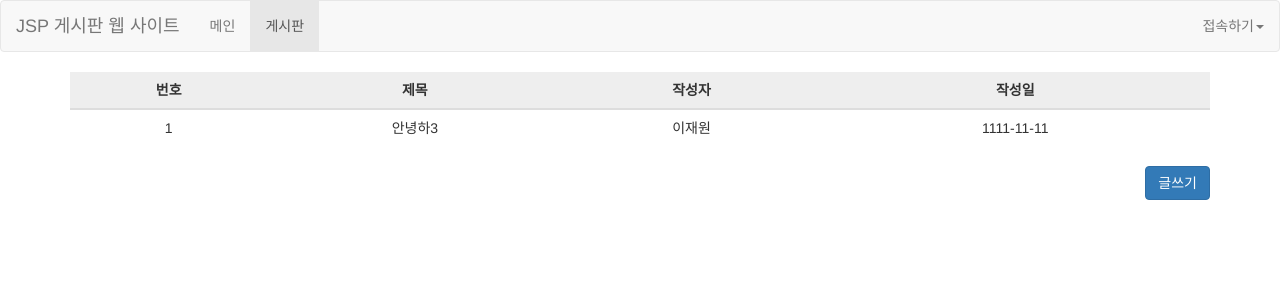
Repository: LeeJaeweon/Project
Page: http://localhost/Project/bbs.jsp
These files come from the project's save history. The page is drawn as it stood at one moment and after the next save; the edit follows.
The browser window is 1280 px wide. The pictures show the whole page.
Some web libraries are served in a nearby version. The page is served by Tomcat 9. Other server files are loaded and not shown.

Above is the page before, as saved 2023-06-15 02:36:42.

### Project/src/main/webapp/bbs.jsp
<%@ page language="java" contentType="text/html; charset=UTF-8"
    pageEncoding="UTF-8"%>
<%@ page import="java.io.PrintWriter" %>
<!DOCTYPE html PUBLIC "-//W3C//DTD HTML 4.01 Transitional//EN" "http://www.w3.org/TR/html4/loose.dtd">
<html>
<head>
<meta http-equiv="Content-Type" content="text/html; charset=UTF-8">
<meta name="viewport" content="width=device-width", initial-scale="1" >  <!-- 반응형 웹에 사용하는 메타태그 -->
<link rel="stylesheet" href="css/bootstrap.css"> <!-- 참조  -->
<title>JSP 게시판 웹 사이트</title>
</head>
<body>
    <%
    String userID = null;
    if (session.getAttribute("userID") != null){
        userID = (String) session.getAttribute("userID");
    }
    %>
    <nav class ="navbar navbar-default">
        <div class="navbar-header"> <!-- 홈페이지의 로고 -->
            <button type="button" class="navbar-toggle collapsed"
                data-toggle="collapse" data-target="#bs-example-navbar-collapse-1"
                aria-expand="false">
                <span class ="icon-bar"></span> <!-- 줄였을때 옆에 짝대기 -->
                <span class ="icon-bar"></span>
                <span class ="icon-bar"></span>
            </button>
            <a class ="navbar-brand" href="main.jsp">JSP 게시판 웹 사이트</a>
        </div>
        <div class="collapse navbar-collapse" id="bs-example-navbar-collapse-1">
            <ul class="nav navbar-nav">
                <li><a href="main.jsp">메인</a></li> <!-- 메인 페이지 -->
                <li class="active"><a href="bbs.jsp">게시판</a></li>
            </ul>
            <%
            	if (userID == null){
            %>
            <ul class="nav navbar-nav navbar-right">
                <li class="dropdown">
                <a href="#" class = "dropdown-toggle"
                    data-toggle="dropdown" role ="button"
                    aria-haspopup="true"
                    aria-expanded="false">접속하기<span class="caret"></span></a>
                    <ul class="dropdown-menu">
                        <li><a href="login.jsp">로그인</a></li>
                        <li><a href="join.jsp">회원가입</a></li>
                    </ul>
                </li>
            </ul>
            <%
            	}else{
            %>
            <ul class="nav navbar-nav navbar-right">
                <li class="dropdown">
                <a href="#" class = "dropdown-toggle"
                    data-toggle="dropdown" role ="button"
                    aria-haspopup="true"
                    aria-expanded="false">회원관리<span class="caret"></span></a>
                    <ul class="dropdown-menu">
                        <li><a href="logoutAction.jsp">로그아웃</a></li>
                    </ul>
                </li>
            </ul>
            <%
            	}
            %>
        </div>
    </nav>
    <div class= "container">
    	<div= "row">
    	    <table class= "table table-stripped" style= "text-align: center; boarder: 1px solid #dddddd">
    	    	<thead>
    	    	<tr>
    	    		<th style= "background-color: #eeeeee; text-align: center;">번호</th>
    	    		<th style= "background-color: #eeeeee; text-align: center;">제목</th>
    	    		<th style= "background-color: #eeeeee; text-align: center;">작성자</th>
    	    		<th style= "background-color: #eeeeee; text-align: center;">작성일</th>
    	    	</tr>
    	    	</thead>
    	    	<tbody>
    	    		<tr>
    	    			<td>1</td>
    	    			<td>안녕하3</td>
    	    			<td>이재원</td>
    	    			<td>1111-11-11</td>
    	    		</tr>
    	    	</tbody>
    	    </table>
    	    <a href= "write.jsp" class= "btn btn-primary pull-right">글쓰기</a>
    	</div>
    </div>

    <script src="https://code.jquery.com/jquery-3.1.1.min.js"></script>
    <script src="js/bootstrap.js"></script>
</body>
</html>

Loaded but not shown: Project/src/main/webapp/css/bootstrap.css (library); Project/src/main/webapp/js/bootstrap.js (library)

After the next save:
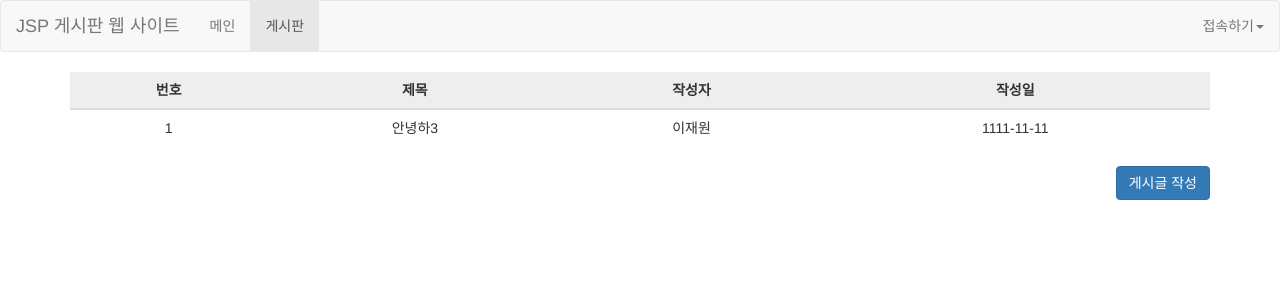
Saved 6 s later.
--- a/Project/src/main/webapp/bbs.jsp
+++ b/Project/src/main/webapp/bbs.jsp
@@ -86,7 +86,7 @@
     	    		</tr>
     	    	</tbody>
     	    </table>
-    	    <a href= "write.jsp" class= "btn btn-primary pull-right">글쓰기</a>
+    	    <a href= "write.jsp" class= "btn btn-primary pull-right">게시글 작성</a>
     	</div>
     </div>
 
